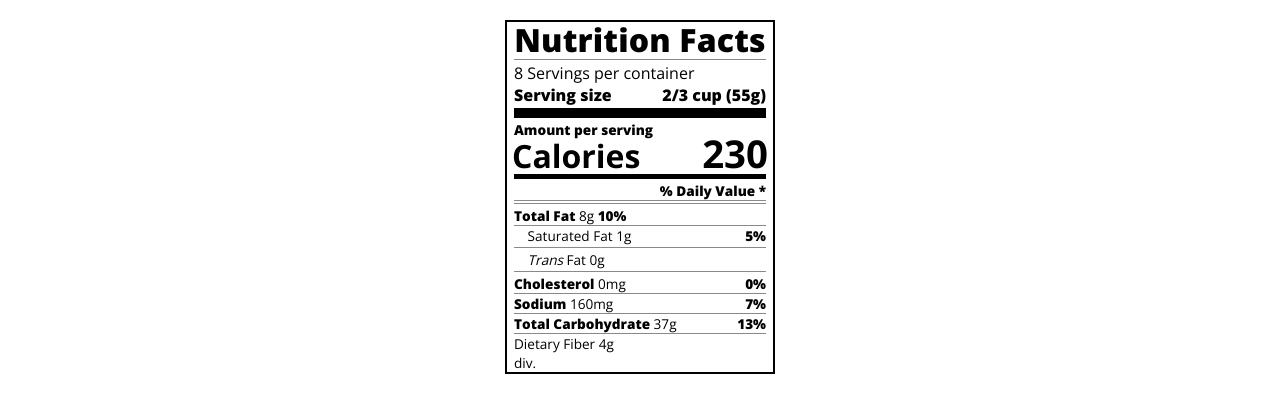
Repository: Lungdjos/typography
Page: index.html
The author's editor kept a copy of each file at every save. The page is drawn from the files as they stood at one save, then again after the next save.
The browser window is 1280 px wide. The pictures show the whole page.

Above is the page before, as saved 2023-10-28 02:29:59.

### index.html
<!DOCTYPE html>
<html lang="en">

<head>
    <meta charset="UTF-8">
    <meta name="viewport" content="width=device-width, initial-scale=1.0">
    <title>Nutrition Label</title>
    <link rel="stylesheet" href="styles.css">
    <link rel="stylesheet" href="https://fonts.googleapis.com/css?family=Open+Sans:400,700,800">
</head>

<body>
    <div class="label">
        <header>
            <h1 class="bold">Nutrition Facts</h1>
            <div class="divider"></div>
            <p>8 Servings per container</p>
            <p class="bold">Serving size <span>2/3 cup (55g)</span></p>
        </header>
        <div class="divider large"></div>
        <div class="calories-info">
            <div class="left-container">
                <h2 class="bold small-text">Amount per serving</h2>
                <p>Calories</p>
            </div>
            <span>230</span>
        </div>
        <div class="divider medium"></div>
        <div class="daily-value small-text">
            <p class="bold right">% Daily Value *</p>
            <div class="divider"></div>
            <p><span><span class="bold">Total Fat</span> 8g <span class="bold">10%</span></span>
            </p>
            <p class="indent no-divider">Saturated Fat 1g <span class="bold">5%</span></p>
            <div class="divider"></div>
            <p class="indent no-divider"><span><i>Trans</i> Fat 0g</span></p>
            <div class="divider"></div>
            <p><span><span class="bold">Cholesterol </span> 0mg</span> <span class="bold">0%</span></p>
            <p><span><span class="bold">Sodium</span> 160mg</span> <span class="bold">7%</span></p>
            <p><span><span class="bold">Total Carbohydrate</span> 37g</span> <span class="bold">13%</span></p>
            <p class="no-divider">Dietary Fiber 4g</p>
            div.
        </div>
    </div>

</body>

</html>

### styles.css
body {
    font-family: "Open Sans", sans-serif;
}

html {
    font-size: 16px;
}

.label {
    border: 2px solid black;
    width: 270px;
    margin: 20px auto;
    padding: 0 7px;
}

* {
    box-sizing: border-box;
}

header h1 {
    text-align: center;
    margin: -4px 0;
    letter-spacing: .15PX;
}

p {
    margin: 0;
    display: flex;
    justify-content: space-between;
}

.divider {
    border-bottom: 1px solid #888989;
    margin: 2px 0;
}

.bold {
    font-weight: 800;
}

.large {
    height: 10px;
}

.large,
.medium {
    background-color: black;
    border: 0;
}

.small-text {
    font-size: .85rem;
}

.calories-info h2 {
    margin: 0;
}

.calories-info {
    display: flex;
    justify-content: space-between;
    align-items: flex-end;
}

.left-container p {
    margin: -5px -2px;
    font-size: 2em;
    font-weight: 700;
}

.calories-info span {
    font-size: 2.4em;
    font-weight: 700;
    margin: -7px -2px;
}

.medium {
    height: 5px;
}

.right {
    justify-content: flex-end;
}

.indent {
    margin-left: 1em;
}

.daily-value p:not(.no-divider) {
    border-bottom: 1px solid #888989;
}

After the next save:
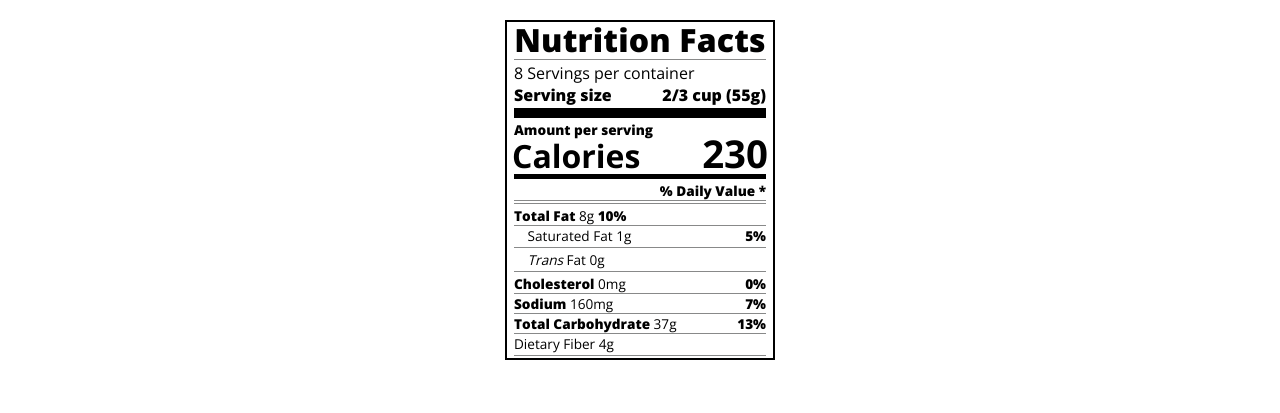
Saved 4 s later.
--- a/index.html
+++ b/index.html
@@ -39,7 +39,7 @@
             <p><span><span class="bold">Sodium</span> 160mg</span> <span class="bold">7%</span></p>
             <p><span><span class="bold">Total Carbohydrate</span> 37g</span> <span class="bold">13%</span></p>
             <p class="no-divider">Dietary Fiber 4g</p>
-            div.
+            <div class="divider"></div>
         </div>
     </div>
 
